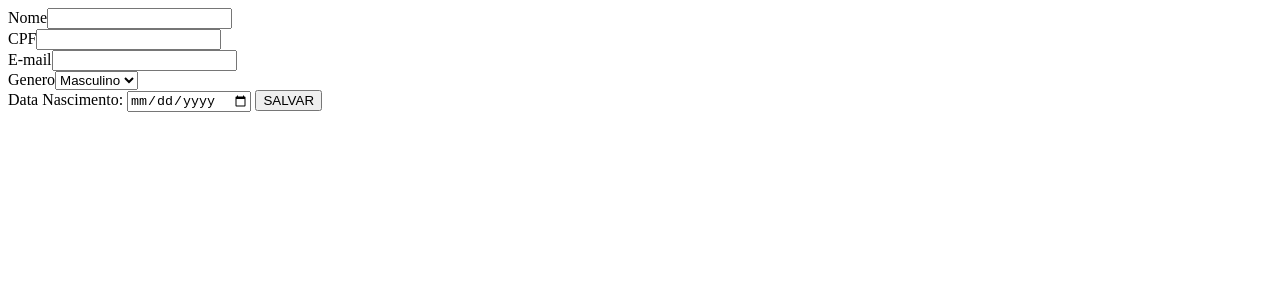
Repository: BrunoFBI/LED-2019
Page: http://localhost/les12015-web/CadastroCliente.jsp
These files come from the project's save history. The page is drawn as it stood at one moment and after the next save; the edit follows.
The browser window is 1280 px wide. The pictures show the whole page.
The page is served by Tomcat 9.

Above is the page before, as saved 2019-02-12 17:45:36.

After the next save:
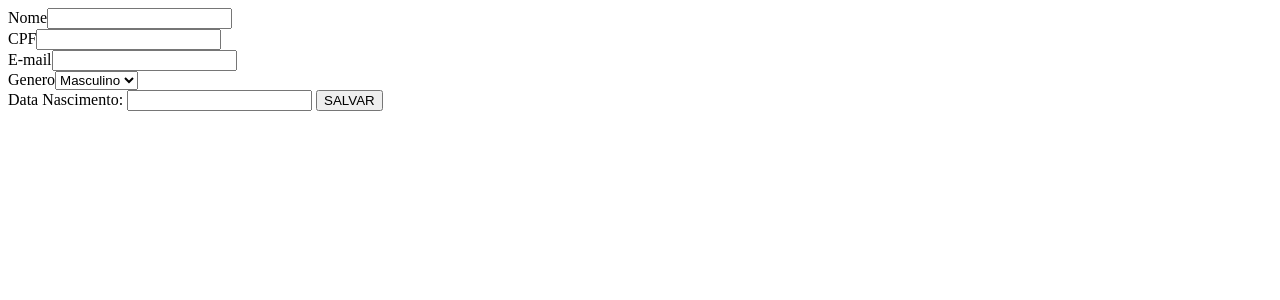
Saved 7 min 23 s later.
--- a/les12015-web/WebContent/CadastroCliente.jsp
+++ b/les12015-web/WebContent/CadastroCliente.jsp
@@ -18,7 +18,7 @@
 			  <option value="volvo">Feminino</option>
 			  <option value="volvo">Outros</option>
 			</select></br>
-			Data Nascimento: <input type="date" name="bday">
+			Data Nascimento: <input type="text" name="bday">
 		<input type="submit" name="operacao" value="SALVAR" id="operacao">
 	</form>
 </body>
